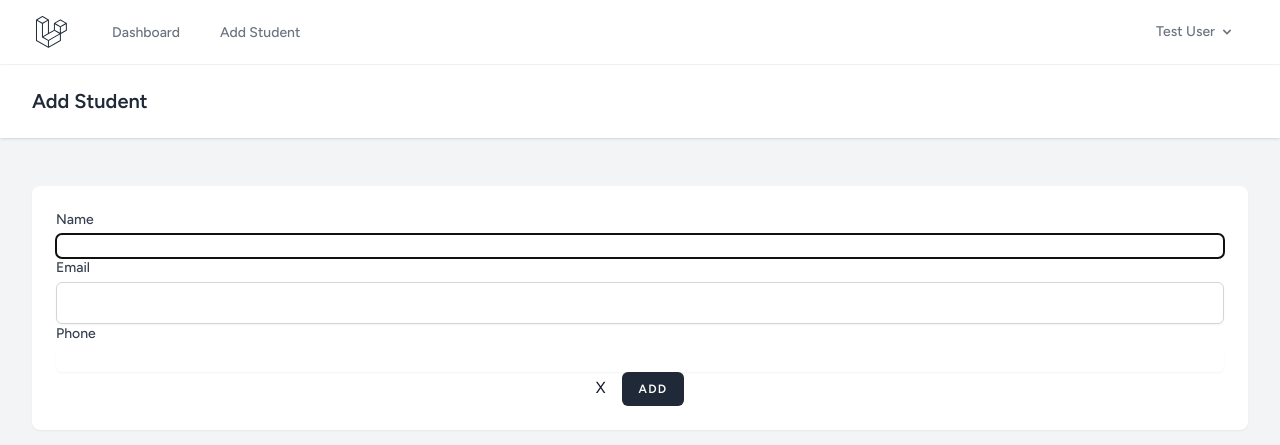
Repository: rkrukshan/CRUD-with-Laravel-V.10-Breeze
Page: http://localhost/add-student
The author's editor kept a copy of each file at every save. The page is drawn from the files as they stood at one save, then again after a run of saves.
The browser window is 1280 px wide. The pictures show the whole page.
The page is served by the project's Laravel application, run on PHP 8.4 with Laravel 10. A made-up administrator, Test User (test@example.com), is signed in. Style sheets and scripts are compiled from the project's sources, by tool versions that may differ from the author's.

Above is the page before, as saved 2023-11-14 20:34:04.

After the next 6 saves:
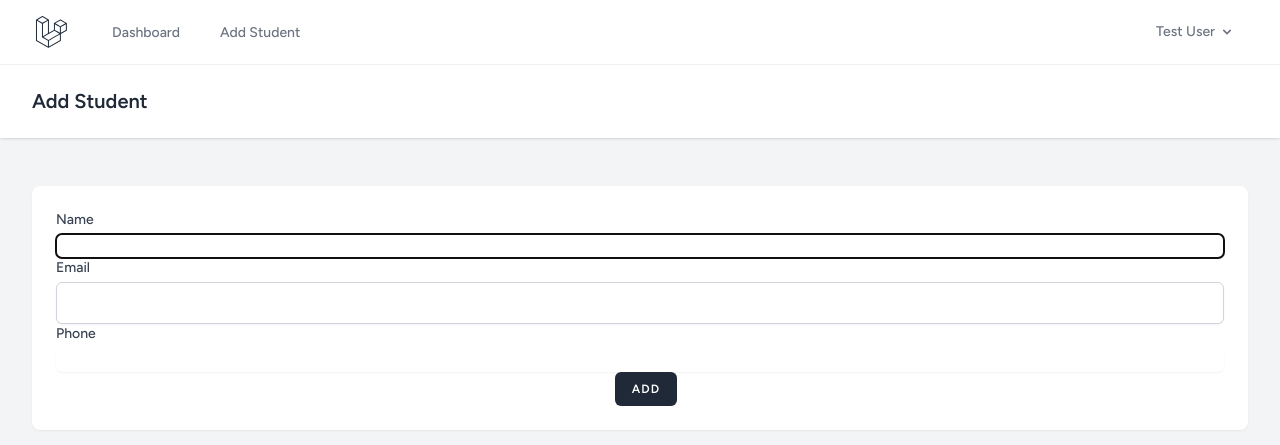
The 6 saves are shown as one change because they came seconds apart.
The last was saved 16 s later.
--- a/resources/views/student/create.blade.php
+++ b/resources/views/student/create.blade.php
@@ -33,10 +33,11 @@
 
 
                         <div>
-                            <center>X
+                            <center>
                             <x-primary-button class="ms-3">
                                 {{ __('Add') }}
                             </x-primary-button>
+                        </center>
                         </div>
 
                     </form>
